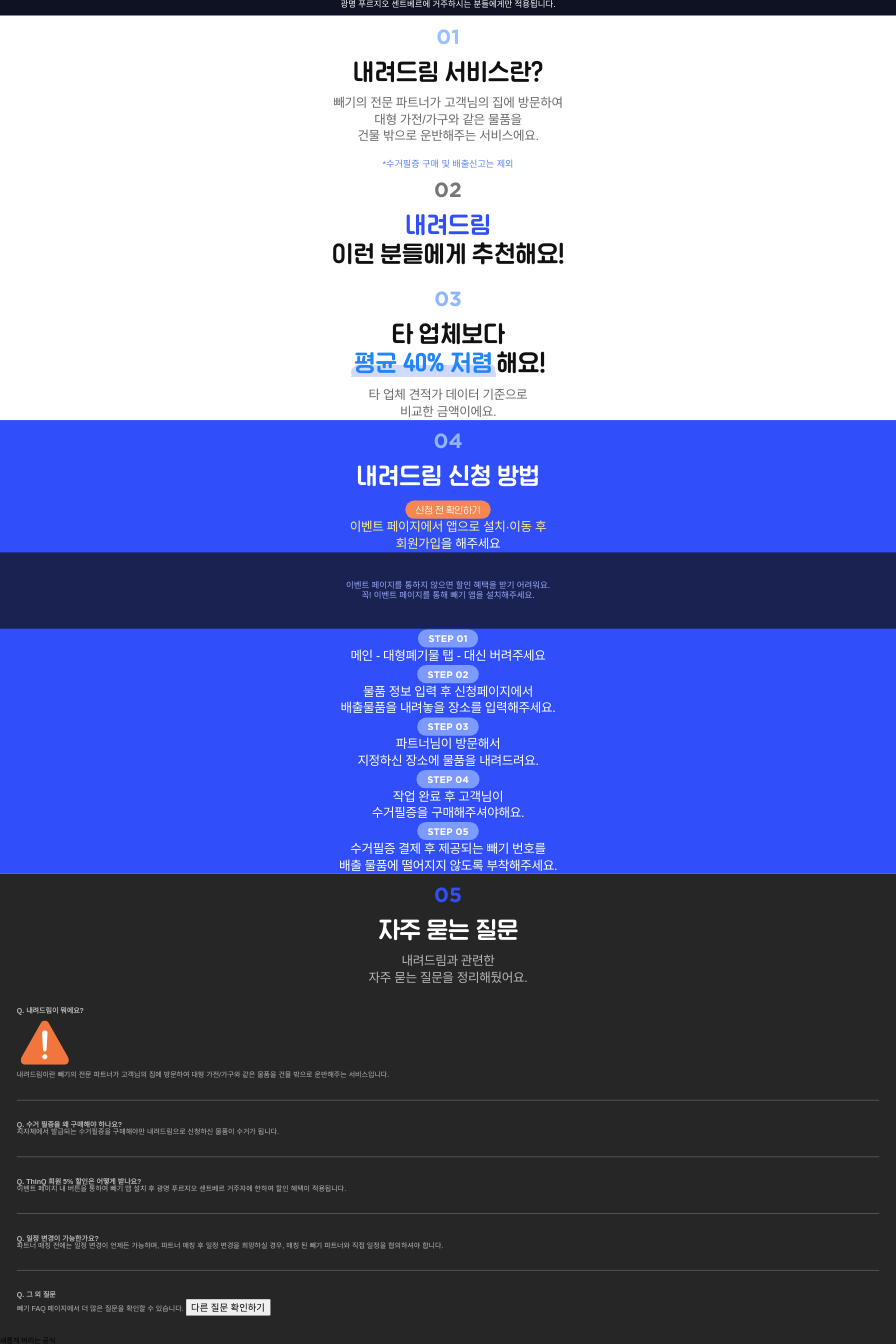
Repository: seraLeeDev/lgthinq-test
Page: index2.html
The author's editor kept a copy of each file at every save. The page is drawn from the files as they stood at one save, then again after the next save.
The browser window is 1280 px wide. The pictures show the part of the page from y = 3453 to 5373 px (the page is 5373 px tall before and 5363 px after), at 70% of full size.
Some web fonts or font styles are not loaded; a fallback is used.

Above is the page before, as saved 2023-03-14 16:10:30.
Console error: ReferenceError: AOS is not defined

### index2.html
<!DOCTYPE html>
<html lang="ko">
  <head>
    <meta charset="UTF-8" />
    <meta http-equiv="X-UA-Compatible" content="IE=edge" />
    <meta name="viewport" content="width=device-width, initial-scale=1.0" />
    <title>빼기 | 새롭게 버리는 공식</title>
    <link as="style" rel="stylesheet" href="/css/reset.css" />
    <link as="style" rel="stylesheet" href="/css/font.css" />
    <link as="style" rel="stylesheet" href="/css/style.css" />
    <link href="https://unpkg.com/aos@2.3.1/dist/aos.css" rel="stylesheet" />
    <link
      rel="stylesheet"
      href="https://cdn.jsdelivr.net/gh/orioncactus/pretendard@v1.3.5/dist/web/static/pretendard-dynamic-subset.css"
    />
    <link
      rel="apple-touch-icon"
      sizes="57x57"
      href="/icons/apple-icon-57x57.png"
    />
    <link
      rel="apple-touch-icon"
      sizes="60x60"
      href="/icons/apple-icon-60x60.png"
    />
    <link
      rel="apple-touch-icon"
      sizes="72x72"
      href="/icons/apple-icon-72x72.png"
    />
    <link
      rel="apple-touch-icon"
      sizes="76x76"
      href="/icons/apple-icon-76x76.png"
    />
    <link
      rel="apple-touch-icon"
      sizes="114x114"
      href="/icons/apple-icon-114x114.png"
    />
    <link
      rel="apple-touch-icon"
      sizes="120x120"
      href="/icons/apple-icon-120x120.png"
    />
    <link
      rel="apple-touch-icon"
      sizes="144x144"
      href="/icons/apple-icon-144x144.png"
    />
    <link
      rel="apple-touch-icon"
      sizes="152x152"
      href="/icons/apple-icon-152x152.png"
    />
    <link
      rel="apple-touch-icon"
      sizes="180x180"
      href="/icons/apple-icon-180x180.png"
    />
    <link
      rel="icon"
      type="image/png"
      sizes="192x192"
      href="/icons/android-icon-192x192.png"
    />
    <link
      rel="icon"
      type="image/png"
      sizes="32x32"
      href="/icons/favicon-32x32.png"
    />
    <link
      rel="icon"
      type="image/png"
      sizes="96x96"
      href="/icons/favicon-96x96.png"
    />
    <link
      rel="icon"
      type="image/png"
      sizes="16x16"
      href="/icons/favicon-16x16.png"
    />
    <script type="text/javascript" src="/js/index.js"></script>
    <script src="https://unpkg.com/aos@2.3.1/dist/aos.js"></script>
  </head>
  <body>
    <div class="wrapper">
      <!-- 메인 -->
      <article class="article-box">
        <div class="full-img-box">
          <img src="./img/[LG ThinQ] main img.gif" alt="내려드림,할인드림" />
        </div>
        <div class="main-notice">
          <p>광명 푸르지오 센트베르에 거주하시는 분들에게만 적용됩니다.</p>
        </div>
      </article>
      <!-- ThinQ & 빼기 설명 -->
      <article></article>
      <!-- 내려드림 소개 -->
      <article>
        <!-- 01. 내려드림 서비스란? -->
        <section>
          <div class="box-content sec1">
            <b class="index text-blue-04-variation">01</b>
            <h2 class="GGothic h2">내려드림 서비스란?</h2>
            <p class="section-desc">
              빼기의 전문 파트너가 고객님의 집에 방문하여<br />
              대형 가전/가구와 같은 물품을<br />
              건물 밖으로 운반해주는 서비스에요.
            </p>
            <small class="section-caption text-blue-03"
              >*수거필증 구매 및 배출신고는 제외</small
            >
          </div>
          <div></div>
        </section>
        <!-- 02. 내려드림 추천 -->
        <section>
          <div class="box-content">
            <b class="index text-gray76">02</b>
            <h2 class="GGothic h2">
              <span class="text-blue-02">내려드림</span><br />
              이런 분들에게 추천해요!
            </h2>
          </div>

          <div></div>
          <div></div>
          <div></div>
        </section>
        <!-- 03. 가격 설명 -->
        <section>
          <div class="box-content">
            <b class="index text-blue-04">03</b>
            <h2 class="GGothic h2">
              타 업체보다 <br /><span class="text-blue-etc text-highlight"
                >평균 40% 저렴</span
              >해요!
            </h2>
            <p class="section-desc">
              타 업체 견적가 데이터 기준으로<br />
              비교한 금액이에요.
            </p>
          </div>
          <div></div>
          <div></div>
        </section>
        <!-- 04. 내려드림 신청 방법 -->
        <section class="bg-blue02">
          <div class="box-content">
            <b class="index text-blue-04">04</b>
            <h2 class="GGothic h2 text-white">내려드림 신청 방법</h2>

            <div>
              <span class="box-chip GGothic text-white bg-orange02 font-normal"
                >신청 전 확인하기</span
              >
              <p class="text-white section-desc sec4">
                <span class="text-yellow"
                  >이벤트 페이지에서 앱으로 설치·이동 후 <br />회원가입</span
                >을 해주세요
              </p>
            </div>
            <div class="bg-indigo box-caution">
              <small class="text-indigo text-caution"
                >이벤트 페이지를 통하지 않으면 할인 혜택을 받기 어려워요.<br />
                꼭! 이벤트 페이지를 통해 빼기 앱을 설치해주세요.</small
              >
            </div>
            <div>
              <span class="box-chip GGothic text-white bg-lightblue Gotham"
                >STEP 01</span
              >
              <p class="text-white section-desc sec4">
                메인 - 대형폐기물 탭 - 대신 버려주세요
              </p>
            </div>

            <div>
              <span class="box-chip GGothic text-white bg-lightblue Gotham"
                >STEP 02</span
              >
              <p class="text-white section-desc sec4">
                물품 정보 입력 후 신청페이지에서<br />
                배출물품을 내려놓을 장소를 입력해주세요.
              </p>
            </div>
            <div>
              <span class="box-chip GGothic text-white bg-lightblue Gotham"
                >STEP 03</span
              >
              <p class="text-white section-desc sec4">
                파트너님이 방문해서<br />
                지정하신 장소에 물품을 내려드려요.
              </p>
            </div>
            <div>
              <span class="box-chip GGothic text-white bg-lightblue Gotham"
                >STEP 04</span
              >
              <p class="text-white section-desc sec4">
                작업 완료 후 고객님이<br />
                수거필증을 구매해주셔야해요.
              </p>
            </div>
            <div>
              <span class="box-chip GGothic text-white bg-lightblue Gotham"
                >STEP 05</span
              >
              <p class="text-white section-desc sec4">
                수거필증 결제 후 제공되는 빼기 번호를<br />
                배출 물품에 떨어지지 않도록 부착해주세요.
              </p>
            </div>
          </div>
        </section>
      </article>
      <!-- 05 : 자주묻는 질문-->
      <article class="bg-black">
        <section>
          <div class="box-content">
            <b class="index text-blue-02">05</b>
            <h2 class="GGothic h2 text-white">자주 묻는 질문</h2>
            <p class="section-desc text-grayb9">
              내려드림과 관련한<br />
              자주 묻는 질문을 정리해뒀어요.
            </p>
          </div>

          <ul class="faq-list">
            <li>
              <div>
                <h5 class="font-bold">Q. 내려드림이 뭐에요?</h5>
                <i class="btn-faq-toggle">
                  <img
                    src="/img/cancel_impossible_100_filled_gray.svg"
                    alt="플러스 버튼"
                  />
                </i>
                <div>
                  내려드림이란 빼기의 전문 파트너가 고객님의 집에 방문하여 대형
                  가전/가구와 같은 물품을 건물 밖으로 운반해주는 서비스입니다.
                </div>
              </div>
            </li>
            <li>
              <div>
                <h5>Q. 수거 필증을 왜 구매해야 하나요?</h5>
                <i></i>
                <div>
                  지자체에서 발급되는 수거필증을 구매해야만 내려드림으로
                  신청하신 물품이 수거가 됩니다.
                </div>
              </div>
            </li>
            <li>
              <div>
                <h5>Q. ThinQ 회원 5% 할인은 어떻게 받나요?</h5>
                <i></i>
                <div>
                  이벤트 페이지 내 버튼을 통하여 빼기 앱 설치 후 광명 푸르지오
                  센트베르 거주자에 한하여 할인 혜택이 적용됩니다.
                </div>
              </div>
            </li>
            <li>
              <div>
                <h5>Q. 일정 변경이 가능한가요?</h5>
                <i></i>
                <div>
                  파트너 매칭 전에는 일정 변경이 언제든 가능하며, 파트너 매칭 후
                  일정 변경을 희망하실 경우, 매칭 된 빼기 파트너와 직접 일정을
                  협의하셔야 합니다.
                </div>
              </div>
            </li>
            <li>
              <div>
                <h5>Q. 그 외 질문</h5>
                <i></i>
                <div>
                  빼기 FAQ 페이지에서 더 많은 질문을 확인할 수 있습니다.
                  <button>다른 질문 확인하기</button>
                </div>
              </div>
            </li>
          </ul>
        </section>
        <footer>
          <p>새롭게 버리는 공식</p>
        </footer>
      </article>
      <!-- 플로팅 버튼 -->
      <div class="btn-float"></div>
    </div>
  </body>
</html>

### css/font.css
@charset "UTF-8";

@font-face {
  font-family: "Pretendard";
  src: url("https://cdn.jsdelivr.net/gh/orioncactus/pretendard@v1.3.5/dist/web/static/pretendard-dynamic-subset.css");
}

@font-face {
  font-family: "HGSoftGGothicssi";
  font-style: normal;
  font-weight: 100;
  src: url(/font/HGSoftGGothicssi-00g.woff2) format("woff2"),
    url(/font/HGSoftGGothicssi-00g.woff) format("woff"),
    url(/font/HGSoftGGothicssi-00g.otf) format("opentype");
}

@font-face {
  font-family: "HGSoftGGothicssi";
  font-style: normal;
  font-weight: 200;
  src: url(/font/HGSoftGGothicssi-20g.woff2) format("woff2"),
    url(/font/HGSoftGGothicssi-20g.woff) format("woff"),
    url(/font/HGSoftGGothicssi-20g.otf) format("opentype");
}

@font-face {
  font-family: "HGSoftGGothicssi";
  font-style: normal;
  font-weight: 400;
  src: url(/font/HGSoftGGothicssi-40g.woff2) format("woff2"),
    url(/font/HGSoftGGothicssi-40g.woff) format("woff"),
    url(/font/HGSoftGGothicssi-40g.otf) format("opentype");
}

@font-face {
  font-family: "HGSoftGGothicssi";
  font-style: normal;
  font-weight: 600;
  src: url(/font/HGSoftGGothicssi-60g.woff2) format("woff2"),
    url(/font/HGSoftGGothicssi-60g.woff) format("woff"),
    url(/font/HGSoftGGothicssi-60g.otf) format("opentype");
}

@font-face {
  font-family: "HGSoftGGothicssi";
  font-style: normal;
  font-weight: 800;
  src: url(/font/HGSoftGGothicssi-80g.woff2) format("woff2"),
    url(/font/HGSoftGGothicssi-80g.woff) format("woff"),
    url(/font/HGSoftGGothicssi-80g.otf) format("opentype");
}

@font-face {
  font-family: "HGSoftGGothicssi";
  font-style: normal;
  font-weight: 900;
  src: url(/font/HGSoftGGothicssi-90g.woff2) format("woff2"),
    url(/font/HGSoftGGothicssi-90g.woff) format("woff"),
    url(/font/HGSoftGGothicssi-90g.otf) format("opentype");
}

@font-face {
  font-family: "Gotham";
  font-style: normal;
  font-weight: 700;
  src: url(/font/Gotham-Bold.woff2) format("woff2"),
    url(/font/Gotham-Bold.woff) format("woff"),
    url(/font/Gotham-Bold.otf) format("opentype");
}

### css/style.css
@charset "UTF-8";
/*
*
* TYPOGRAPHY
*
*/
html,
body,
.wrapper {
  font-family: "Pretendard", sans-serif !important;
  font-size: 10px; /*1rem: 10px*/
}
.GGothic {
  font-family: "HGSoftGGothicssi", sans-serif !important;
}
.Gotham {
  font-family: "Gotham", sans-serif !important;
}
.font-normal {
  font-weight: 400 !important;
}
.font-semiBold {
  font-weight: 600 !important;
}
.font-bold {
  font-weight: 800 !important;
}
.font-extraBold {
  font-weight: 900 !important;
}
.index {
  font-family: "Gotham", sans-serif !important;
  font-size: 6rem;
}
.h2 {
  margin-bottom: 12px;
  text-align: center;
  font-size: 7rem !important;
  line-height: 0.6;
  color: #111;
}
.section-desc {
  font-size: 1.8rem;
  line-height: 1.3;
  color: #6a6a6a;
  letter-spacing: -0.5px;
}
.section-caption {
  display: inline-block;
  margin-top: 22px;
  font-size: 13px;
}
.text-gray-01 {
  color: #111111 !important;
}
.text-blue-02 {
  color: #304ffb !important;
}
.text-blue-03 {
  color: #5980f9 !important;
}
.text-blue-04 {
  color: #8fb5ff !important;
}
.text-blue-04-variation {
  color: #98c1ff !important;
}
.text-blue-etc {
  color: #2285fa !important;
}
.text-indigo {
  color: #9aa9ff !important;
}
.text-white {
  color: #fff;
}
.text-grayb9 {
  color: #b9b9b9 !important;
}
.text-gray76 {
  color: #767676 !important;
}
.text-yellow {
  color: #ffed8f !important;
}
.index {
  margin-bottom: 15px;
}
.text-caution {
  font-size: 1.2rem;
  line-height: 1.2;
}
/*
*
* COMMON
*
*/

.full-img-box {
  width: 100%;
}
.full-img-box img {
  width: 100%;
  vertical-align: bottom;
}
.box-content {
  width: 100%;
  text-align: center;
}
.box-content .sec1 {
  padding: 90px 54px 0;
}
/* article 1 style */
.main-notice {
  width: 100%;
  padding: 10px 0;
  background: #0e1222;
}
.main-notice p {
  width: 100%;
  text-align: center;
  font-size: 1.2rem;
  color: #fff;
}
.box-chip {
  padding: 0.5rem 1.5rem;
  font-size: 2.8rem;
  font-weight: 700;
  border-radius: 50px;
  color: white;
  text-align: center;
  letter-spacing: 0;
}
.box-caution {
  padding: 40px;
}
.bg-orange02 {
  background-color: #f78752 !important;
}
.bg-lightblue {
  background-color: #7d9aff !important;
}
.bg-blue02 {
  background-color: #304ffb !important;
}
.bg-indigo {
  background-color: #192250 !important;
}
.bg-black {
  background-color: #262626 !important;
}
/* article 2 style */
/* article 3 style */
.text-highlight {
  padding: 0 5px;
  background: url(/img/marker_line.svg) no-repeat 50% 120%;
  background-size: 100%;
}
/* article 4 style */
.section-desc .sec4 {
  letter-spacing: -0.3px;
  font-weight: 400;
}
/* article 5 style */
.faq-list {
  padding: 0 24px;
  color: #b9b9b9;
}
.faq-list li {
  padding: 30px 0;
  border-bottom: 1px solid #666666;
}
.faq-list li:last-child {
  border-bottom: none;
}

Loaded but not shown: css/reset.css (common file); js/index.js (common file)

After the next save:
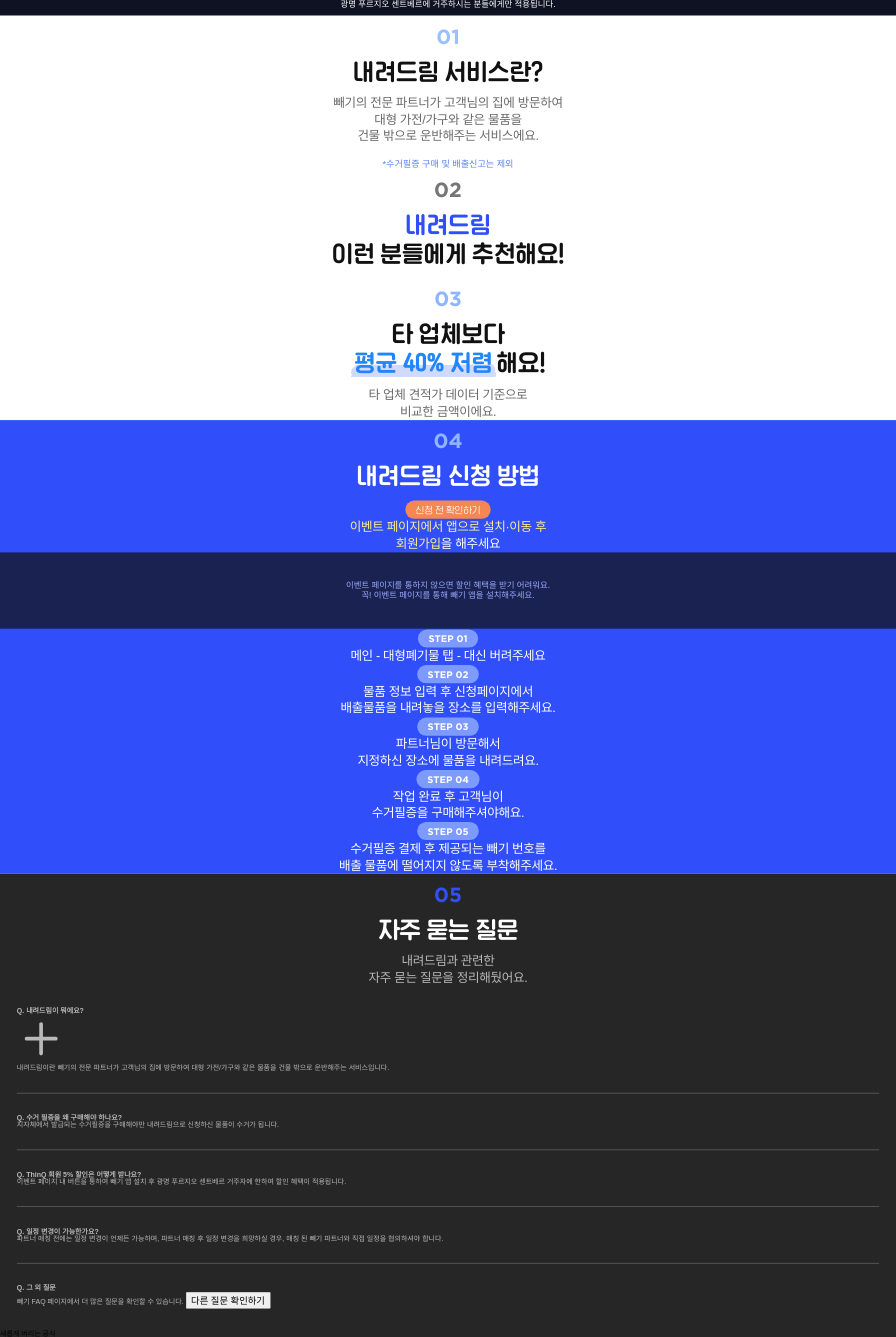
Saved 101 s later.
--- a/index2.html
+++ b/index2.html
@@ -234,10 +234,7 @@
               <div>
                 <h5 class="font-bold">Q. 내려드림이 뭐에요?</h5>
                 <i class="btn-faq-toggle">
-                  <img
-                    src="/img/cancel_impossible_100_filled_gray.svg"
-                    alt="플러스 버튼"
-                  />
+                  <img src="/img/icon_plus_24_black.svg" alt="플러스 버튼" />
                 </i>
                 <div>
                   내려드림이란 빼기의 전문 파트너가 고객님의 집에 방문하여 대형
